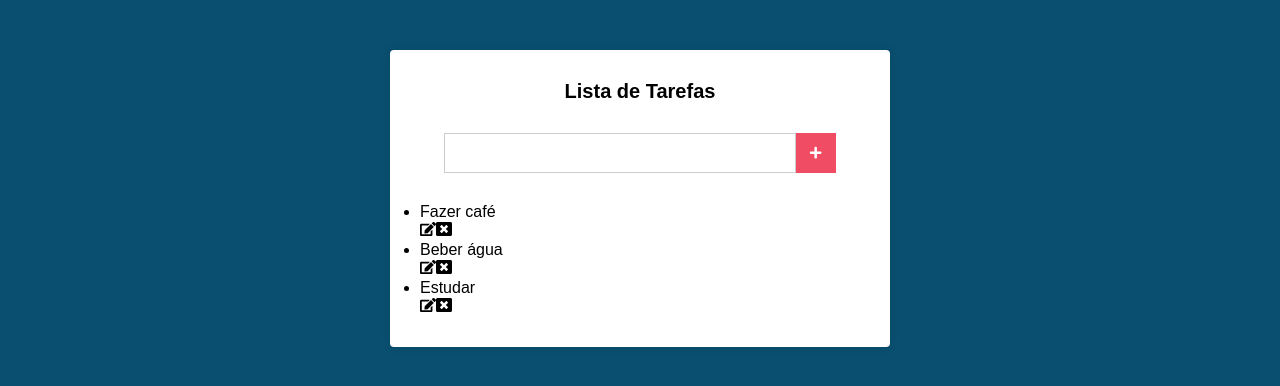
Repository: FellipeMiguel/lista-de-tarefas
Page: /
These files come from the project's save history. The page is drawn as it stood at one moment and after the next save; the edit follows.
The browser window is 1280 px wide. The pictures show the whole page.
The project was rebuilt for these pictures with package versions that can differ from the ones it lists, and the page was loaded fresh each time.

Above is the page before, as saved 2023-06-14 23:44:59.

### src/index.js
import React from "react"
import ReactDOM from "react-dom/client"

import App from "./App"

const root = ReactDOM.createRoot(document.getElementById("root"))
root.render(
  <React.StrictMode>
    <App />
  </React.StrictMode>,
)

### src/App.js
import Main from './components/Main'
import './App.css'

function App() {
  return <Main />
}

export default App

### src/components/Main.js
import React, { Component } from 'react'

// Form
import { FaPlus } from 'react-icons/fa'

// Tasks
import { FaEdit, FaWindowClose } from 'react-icons/fa'

import './Main.css'

export default class Main extends Component {
  state = {
    newTask: '',
    tasks: ['Fazer café', 'Beber água', 'Estudar'],
  }

  handleChange = (e) => {
    this.setState({ newTask: e.target.value })
  }

  render() {
    const { newTask, tasks } = this.state

    return (
      <div className="main">
        <h1>Lista de Tarefas</h1>

        <form action="#" className="form">
          <input value={newTask} onChange={this.handleChange} type="text" />
          <button type="submit">
            <FaPlus />
          </button>
        </form>

        <ul className="tasks">
          {tasks.map((task) => (
            <li key={task}>
              {task}
              <div>
                <FaEdit />
                <FaWindowClose />
              </div>
            </li>
          ))}
        </ul>
      </div>
    )
  }
}

### src/components/Main.css
.main {
  background: #fff;
  padding: 30px;
  margin: 50px auto;
  max-width: 500px;
  border-radius: 4px;
  box-shadow: 0 0 10px rgba(0, 0, 0, 0.1);
}

.main h1 {
  font-size: 20px;
  text-align: center;
}

.form {
  margin-top: 30px;
  display: flex;
  align-items: center;
  justify-content: center;
}

.form input[type="text"] {
  height: 40px;
  padding: 0 20px;
  font-size: 20px;
  border: 1px solid #ccc;
  min-width: 80%;
}

.form button[type="submit"] {
  border: none;
  height: 40px;
  width: 40px;
  background: #f04c64;
  color: #fff;
  display: flex;
  align-items: center;
  justify-content: center;
}

.tasks {
  margin-top: 30px;
  display: flex;
  flex-direction: column;
}

Loaded but not shown: public/index.html (common file); src/App.css (common file)

After the next save:
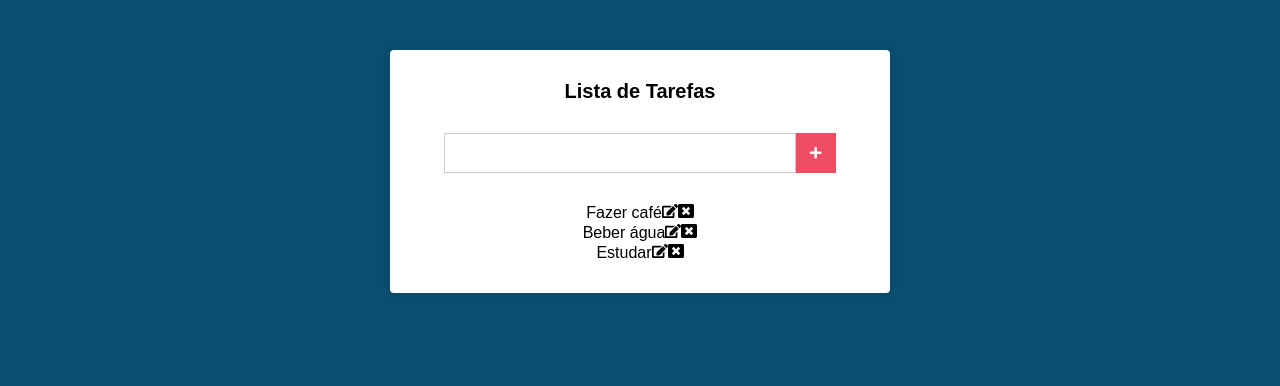
Saved 30 s later.
--- a/src/components/Main.css
+++ b/src/components/Main.css
@@ -40,6 +40,10 @@
 
 .tasks {
   margin-top: 30px;
+}
+
+.tasks li {
   display: flex;
-  flex-direction: column;
+  align-items: center;
+  justify-content: center;
 }
